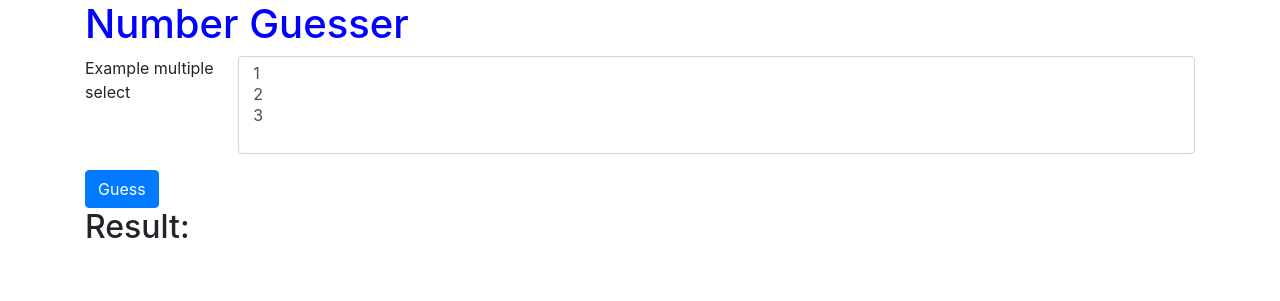
Repository: sanderdebr/cs50
Page: pset8/homepage/index.html
The author's editor kept a record of every edit. The page is drawn from the files as they stood at one moment, then again after the next edit.
The browser window is 1280 px wide. The pictures show the whole page.

Above is the page before.
Console error: TypeError: Cannot read properties of null (reading 'appendChild')

After the next edit:
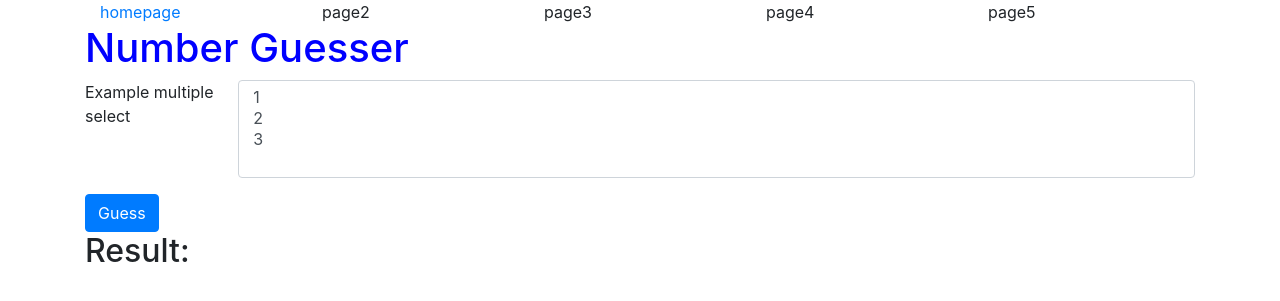
The edit:
--- a/pset8/homepage/index.html
+++ b/pset8/homepage/index.html
@@ -8,6 +8,15 @@
     </head>
     <body>
         <main class="container">
+            <div class="container">
+              <div class="row">
+                  <div class="col"><a href="/">homepage</a></div>
+                  <div class="col">page2</a></div>
+                  <div class="col">page3</a></div>
+                  <div class="col">page4</a></div>
+                  <div class="col">page5</a></div>
+                </div>
+            </div>
             <h1>Number Guesser</h1>
             <form>
               <div class="form-group">
